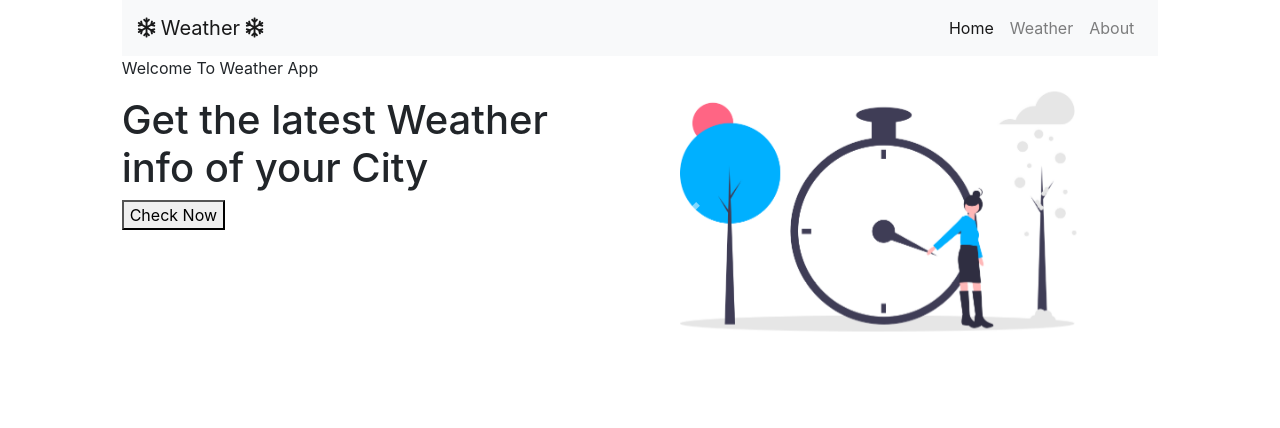
Repository: AalokJadhav/Weather_App
Page: public/index.html
These files come from the project's save history. The page is drawn as it stood at one moment and after the next save; the edit follows.
The browser window is 1280 px wide. The pictures show the whole page.
Some web libraries are served in a nearby version.

Above is the page before, as saved 2020-11-15 11:16:50.

### public/index.html
<!DOCTYPE html>
<html lang="en">

<head>
    <meta charset="UTF-8">
    <meta name="viewport" content="width=device-width, initial-scale=1.0">
    <title>Weather App</title>
    <!-- Latest compiled and minified CSS -->
    <link rel="stylesheet" href="https://maxcdn.bootstrapcdn.com/bootstrap/4.5.2/css/bootstrap.min.css">
    <link rel="stylesheet" href="https://cdnjs.cloudflare.com/ajax/libs/font-awesome/5.10.0/css/all.min.css"
        integrity="sha512-PgQMlq+nqFLV4ylk1gwUOgm6CtIIXkKwaIHp/PAIWHzig/lKZSEGKEysh0TCVbHJXCLN7WetD8TFecIky75ZfQ=="
        crossorigin="anonymous" />
    <!-- jQuery library -->
    <script src="https://ajax.googleapis.com/ajax/libs/jquery/3.5.1/jquery.min.js"></script>

    <!-- Popper JS -->
    <script src="https://cdnjs.cloudflare.com/ajax/libs/popper.js/1.16.0/umd/popper.min.js"></script>

    <!-- Latest compiled JavaScript -->
    <script src="https://maxcdn.bootstrapcdn.com/bootstrap/4.5.2/js/bootstrap.min.js"></script>
    <link rel="stylesheet" href="css/style.css">
    <link rel="shortcut icon" href="images/logo.png" type="image/png">
</head>

<body>
    <div class="container-fluid main-menu">
        <div class="row">
            <div class="col-md-10 col-12 mx-auto">
                <nav class="navbar navbar-expand-lg navbar-light bg-light">
                    <a class="navbar-brand" href="#"><i class="far fa-snowflake"></i> Weather <i
                            class="far fa-snowflake"></i></a>
                    <button class="navbar-toggler" type="button" data-toggle="collapse"
                        data-target="#navbarSupportedContent" aria-controls="navbarSupportedContent"
                        aria-expanded="false" aria-label="Toggle navigation">
                        <span class="navbar-toggler-icon"></span>
                    </button>

                    <div class="collapse navbar-collapse" id="navbarSupportedContent">
                        <ul class="navbar-nav ml-auto">
                            <li class="nav-item active">
                                <a class="nav-link" href="/">Home <span class="sr-only">(current)</span></a>
                            </li>
                            <li class="nav-item">
                                <a class="nav-link" href="/weather">Weather</a>
                            </li>
                            <li class="nav-item">
                                <a class="nav-link" href="/about">About</a>
                            </li>
                        </ul>
                    </div>
                </nav>
            </div>
        </div>
    </div>

    <!-- Main header -->
    <div class="container-fluid main_header">
        <div class="row">
            <div class="col-md-10 col-12 mx-auto">
                <div class="row">
                    <!-- Left Side Div -->
                    <div class="col-md-6 col-12 main_header_left">
                        <p> Welcome To Weather App</p>
                        <h1>Get the latest <span>Weather</span> info of your City</h1>
                        <a href="/weather"><button>Check Now</button></a>
                    </div>
                    <!-- right Side Div -->

                    <div class="col-md-6 col-12 main_header_right">
                        <div id="carouselExampleControls" class="carousel slide" data-ride="carousel">
                            <div class="carousel-inner">
                                <div class="carousel-item active">
                                    <img src="images/bg1.png" class="w-100" alt="...">
                                </div>
                                <div class="carousel-item">
                                    <img src="images/bg2.png" class="w-100" alt="...">
                                </div>
                                <div class="carousel-item">
                                    <img src="images/bg3.png" class="w-100" alt="...">
                                </div>
                            </div>
                            <a class="carousel-control-prev" href="#carouselExampleControls" role="button"
                                data-slide="prev">
                                <span class="carousel-control-prev-icon" aria-hidden="true"></span>
                                <span class="sr-only">Previous</span>
                            </a>
                            <a class="carousel-control-next" href="#carouselExampleControls" role="button"
                                data-slide="next">
                                <span class="carousel-control-next-icon" aria-hidden="true"></span>
                                <span class="sr-only">Next</span>
                            </a>
                        </div>
                    </div>
                </div>
            </div>
        </div>
    </div>
</body>

</html>

### public/css/style.css
.h1 {

    color: red;
}

After the next save:
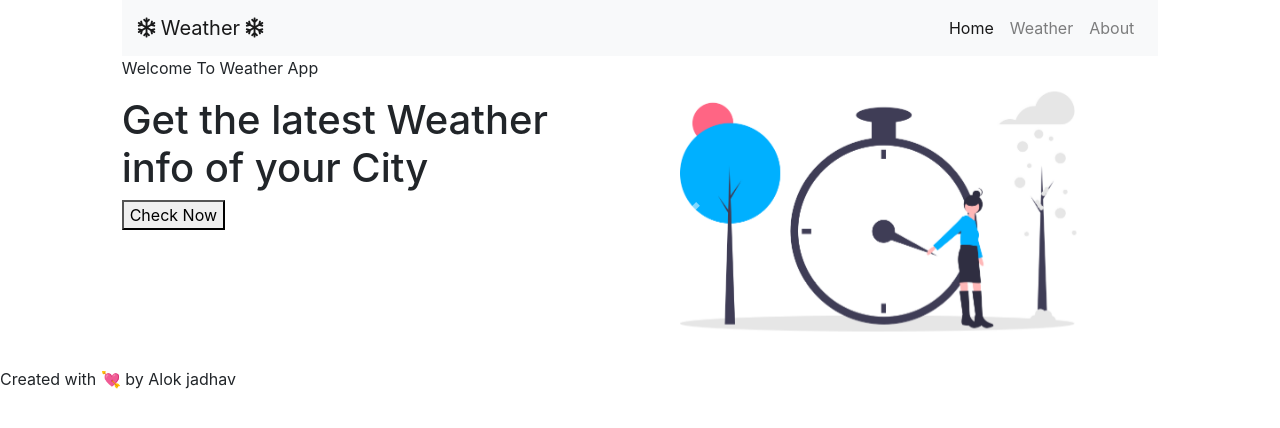
Saved 5 min 34 s later.
--- a/public/index.html
+++ b/public/index.html
@@ -95,6 +95,11 @@
             </div>
         </div>
     </div>
+
+    <!-- // Footer Code -->
+    <footer>
+        <p> Created with 💘 by Alok jadhav</p>
+    </footer>
 </body>
 
 </html>
